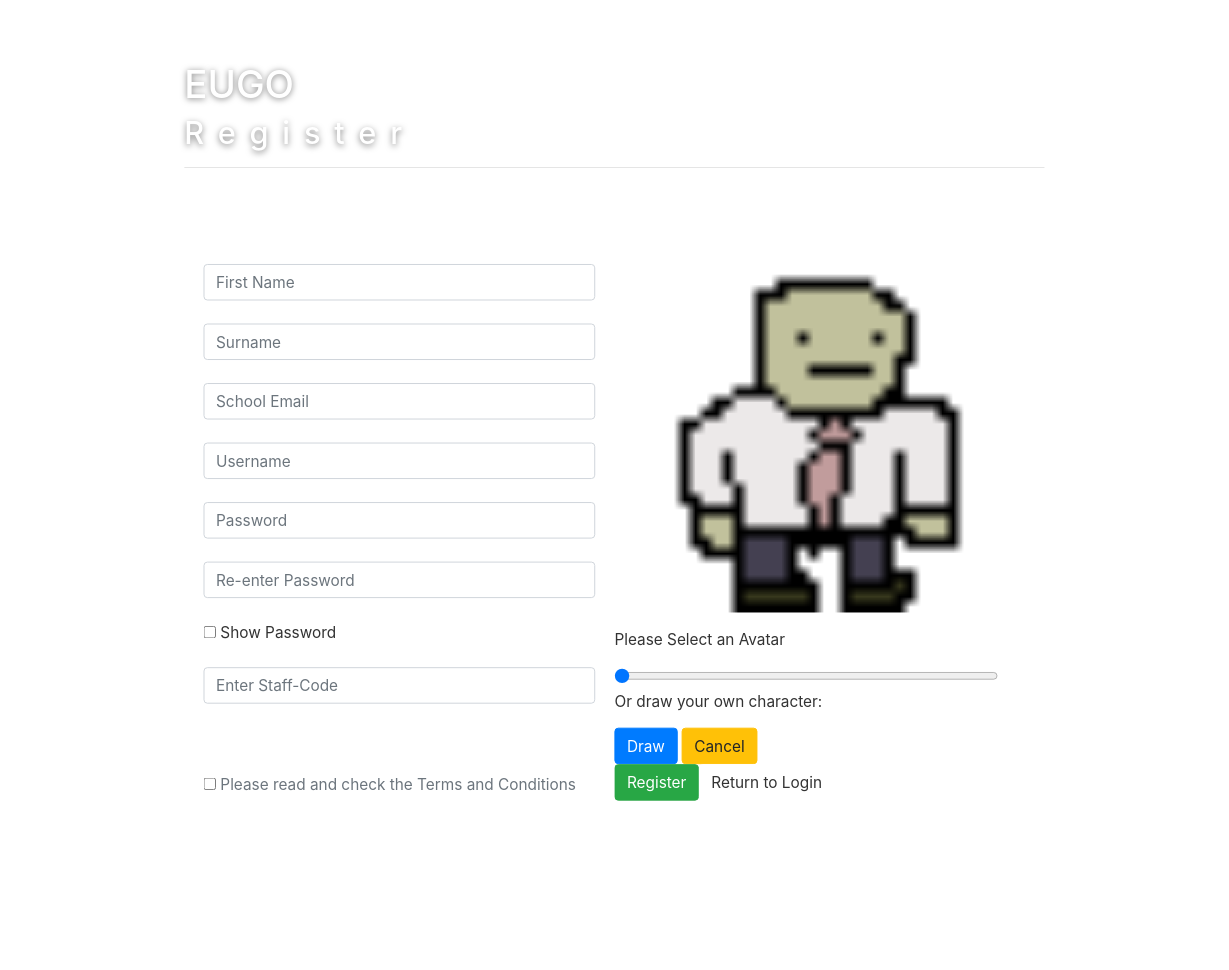
Repository: nbaker47/eugo_pokemongo_clone
Page: eugo/templates/register.html
The author's editor kept a copy of each file at every save. The page is drawn from the files as they stood at one save, then again after the next save.
The browser window is 1280 px wide. The pictures show the whole page, at 96% of full size.
The template is drawn by Django 4.2. The application's start-up code is not run. The template is opened directly, without the code that normally fills it, so the values that code supplies are empty.

Above is the page before, as saved 2022-03-24 11:28:59.

After the next save:
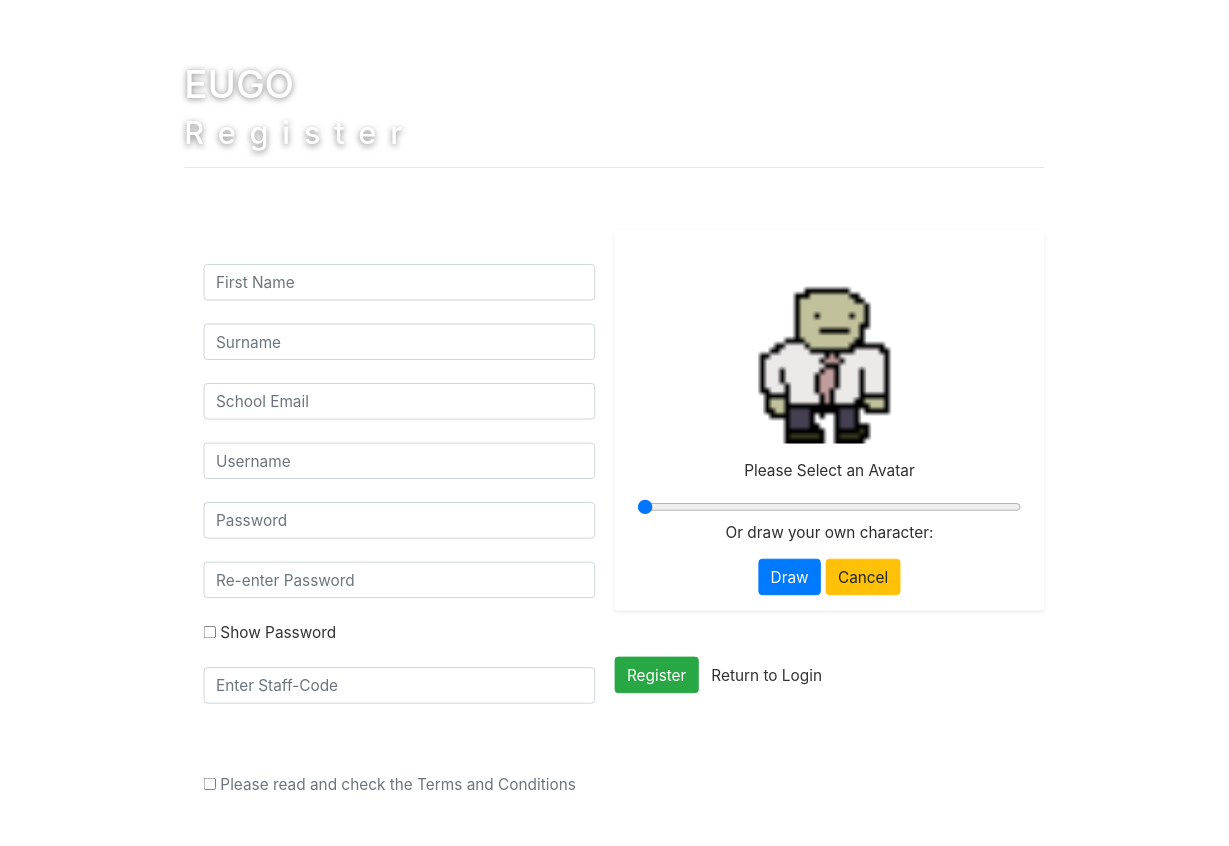
Saved 36 s later.
--- a/eugo/templates/register.html
+++ b/eugo/templates/register.html
@@ -155,39 +155,39 @@
                 </label>
                     <br><br>
                 </div>
-                <!--</div>-->
-
-                <!--Char selector-->
-                <!--<div id="char-select" class="shadow-sm p-3 mb-5 bg-white rounded">-->
-                <img src="">
-                <img src="">
-                <img src="">
-                <div class="image mt-3 mb-3 img-container" id="sliderImages">
-                    <img src='{% static "/eugo/img/teacher_sprites/teacher_1.png" %}' class="spirite-img">
-                    <img src='{% static "/eugo/img/teacher_sprites/teacher_2.png" %}' class="spirite-img">
-                    <img src='{% static "/eugo/img/teacher_sprites/teacher_3.png" %}' class="spirite-img">
+        </div>
+
+        <!--Char selector-->
+        <div id="char-select" class="shadow-sm p-3 mb-5 bg-white rounded">
+            <img src="">
+            <img src="">
+            <img src="">
+            <div class="image mt-3 mb-3 img-container" id="sliderImages">
+                <img src='{% static "/eugo/img/teacher_sprites/teacher_1.png" %}' class="spirite-img">
+                <img src='{% static "/eugo/img/teacher_sprites/teacher_2.png" %}' class="spirite-img">
+                <img src='{% static "/eugo/img/teacher_sprites/teacher_3.png" %}' class="spirite-img">
+            </div>
+
+            <div id="sprite-designer-div">
+                <canvas id="myCanvas" class="shadow-sm p-3 mb-5 bg-white rounded" width="500" height="500"></canvas>
+                <div id="color-picker-div">
+                    <label for="color-input" id="color-label" style="background-color: red"></label>
+                    <input type="checkbox" id="color-input" checked></input>
+                    <br>
+                    <div id="color-picker">
+                        <canvas id="color-block" height="150" width="150"></canvas>
+                        <canvas id="color-strip" height="150" width="30"></canvas>
+                    </div>
+                    <input type="hidden" value="" id="colour-output">
+                    <input type="hidden" value="" id="canvas-output" name="canvas-output">
                 </div>
-
-                <div id="sprite-designer-div">
-                    <canvas id="myCanvas" class="shadow-sm p-3 mb-5 bg-white rounded" width="500" height="500"></canvas>
-                    <div id="color-picker-div">
-                        <label for="color-input" id="color-label" style="background-color: red"></label>
-                        <input type="checkbox" id="color-input" checked></input>
-                        <br>
-                        <div id="color-picker">
-                            <canvas id="color-block" height="150" width="150"></canvas>
-                            <canvas id="color-strip" height="150" width="30"></canvas>
-                        </div>
-                        <input type="hidden" value="" id="colour-output">
-                        <input type="hidden" value="" id="canvas-output" name="canvas-output">
-                    </div>
-                </div>
-
-                <p>Please Select an Avatar</p>
-                <input class="rangeslider" type="range" id="sprite" name="sprite" min="1" max="3" value="1">
-                <p>Or draw your own character:</p>
-                <button type="button" id="draw-char-button" class="btn btn-primary">Draw</button>
-                <button type="button" id="draw-char-button-cancel" class="btn btn-warning">Cancel</button>
+            </div>
+
+            <p>Please Select an Avatar</p>
+            <input class="rangeslider" type="range" id="sprite" name="sprite" min="1" max="3" value="1">
+            <p>Or draw your own character:</p>
+            <button type="button" id="draw-char-button" class="btn btn-primary">Draw</button>
+            <button type="button" id="draw-char-button-cancel" class="btn btn-warning">Cancel</button>
         </div>
 
         <div class="btn-group" role="group" aria-label="Basic example">
